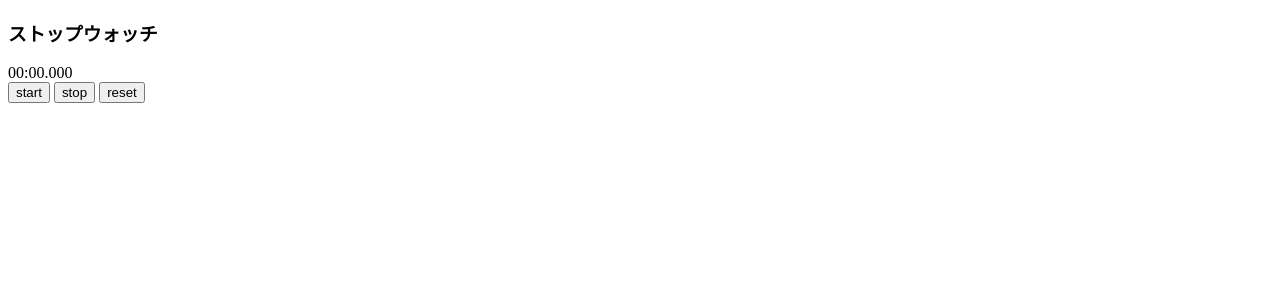
Repository: L4TEXXX/Stopwatch
Page: index.html
The author's editor kept a record of every edit. The page is drawn from the files as they stood at one moment, then again after the next edit.
The browser window is 1280 px wide. The pictures show the whole page.
Some web libraries are served in a nearby version.

Above is the page before.

After the next edit:
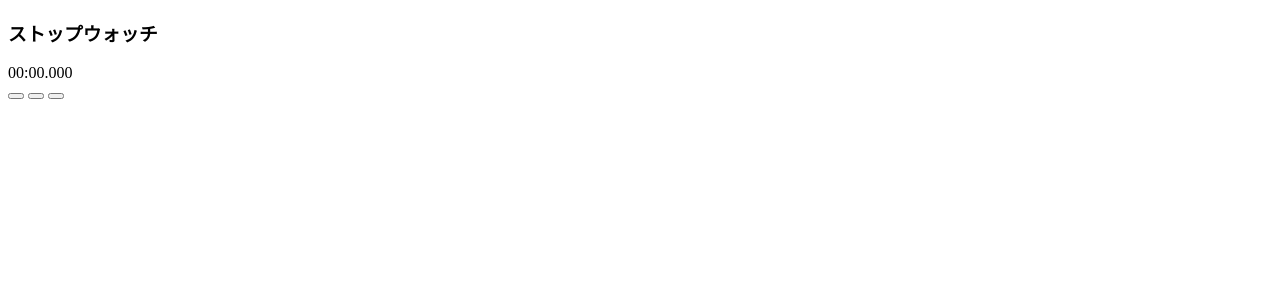
The edit:
--- a/index.html
+++ b/index.html
@@ -12,11 +12,9 @@
         <h3>ストップウォッチ</h3>
 
         <div class="stop-watch-timer" id="timer">00:00.000</div>
-
-        <div class="stop-watch-button">
-            <input type="button" value="start" class="button-desu" id="start">
-            <input type="button" value="stop" class="button-desu" id="stop">
-            <input type="button" value="reset" class="button-desu" id="reset">
+        <button id="start"></button>
+        <button id="stop"></button>
+        <button id="reset"></button>
 
       </div>
         <script src="main.js"></script>

After the edit that followed:
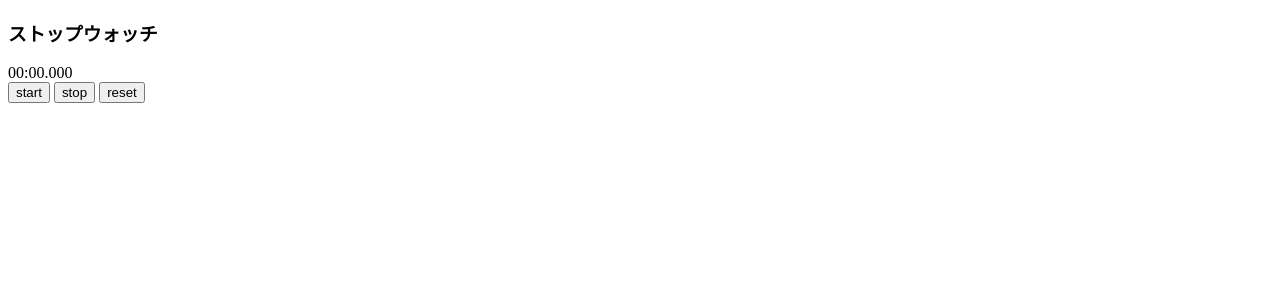
The edit:
--- a/index.html
+++ b/index.html
@@ -12,9 +12,9 @@
         <h3>ストップウォッチ</h3>
 
         <div class="stop-watch-timer" id="timer">00:00.000</div>
-        <button id="start"></button>
-        <button id="stop"></button>
-        <button id="reset"></button>
+        <button id="start">start</button>
+        <button id="stop">stop</button>
+        <button id="reset">reset</button>
 
       </div>
         <script src="main.js"></script>
